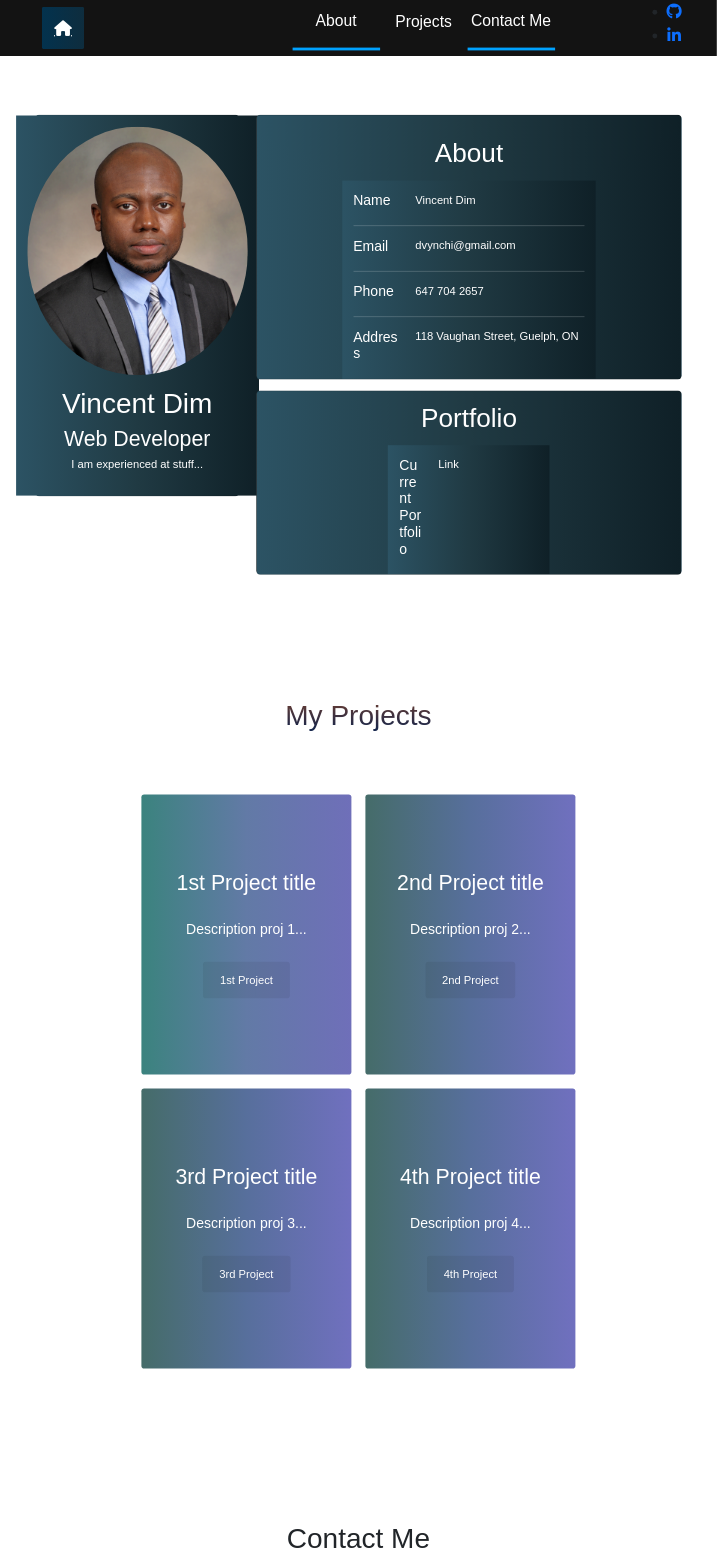
Repository: dvynchi/profile-2022
Page: index.html
These files come from the project's save history. The page is drawn as it stood at one moment and after the next save; the edit follows.
The browser window is 1024 px wide. The pictures show the part of the page from y = 0 to 2240 px (the page is 2757 px tall before and 2637 px after), at 70% of full size.
Some web libraries are served in a nearby version.

Above is the page before, as saved 2022-08-18 12:42:19.

After the next save:
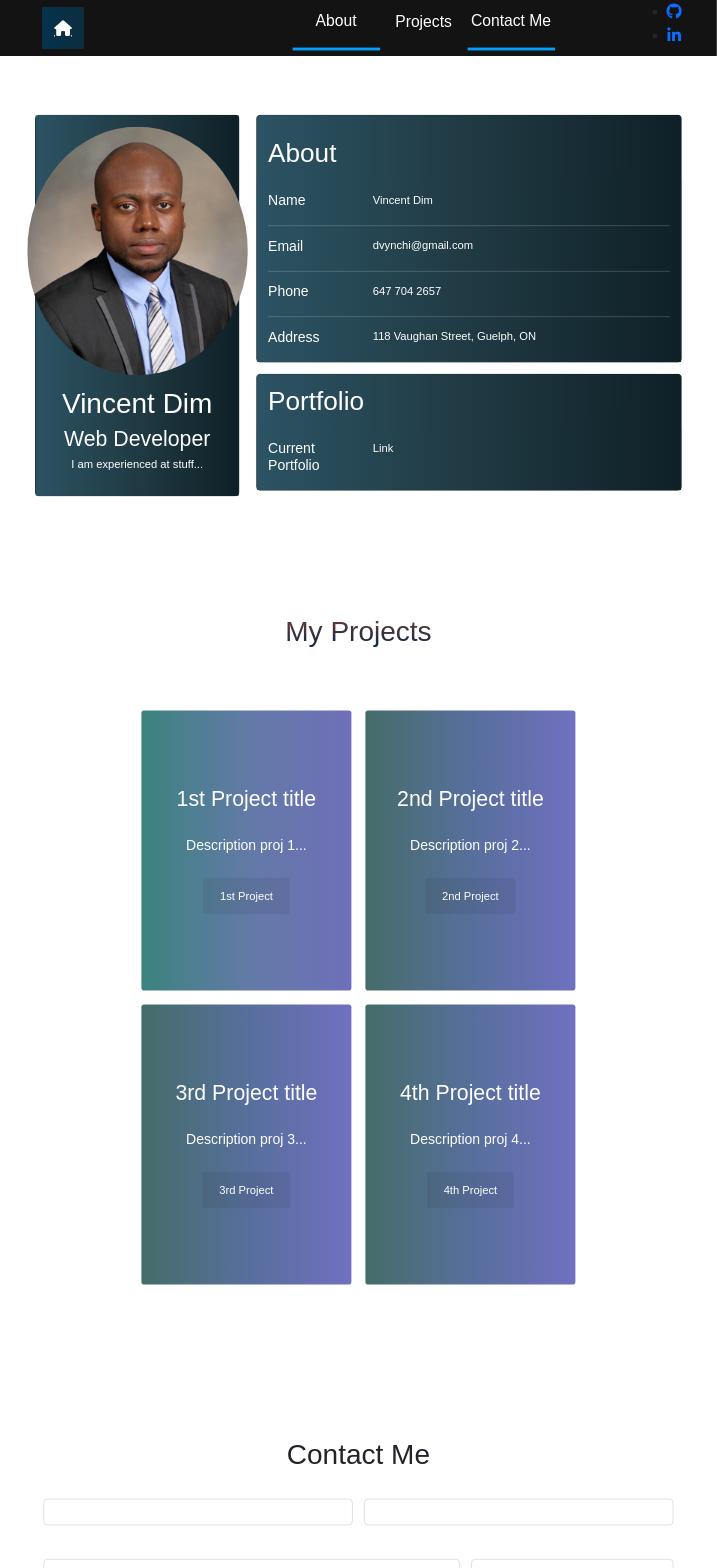
Saved 92 s later.
--- a/styles.css
+++ b/styles.css
@@ -282,7 +282,7 @@
         margin-top: 1.5rem;
     }
 
-    .card {
+    .card-body {
         display: grid;
         grid-template-columns: 1fr;
         align-items: center;

After the save that followed:
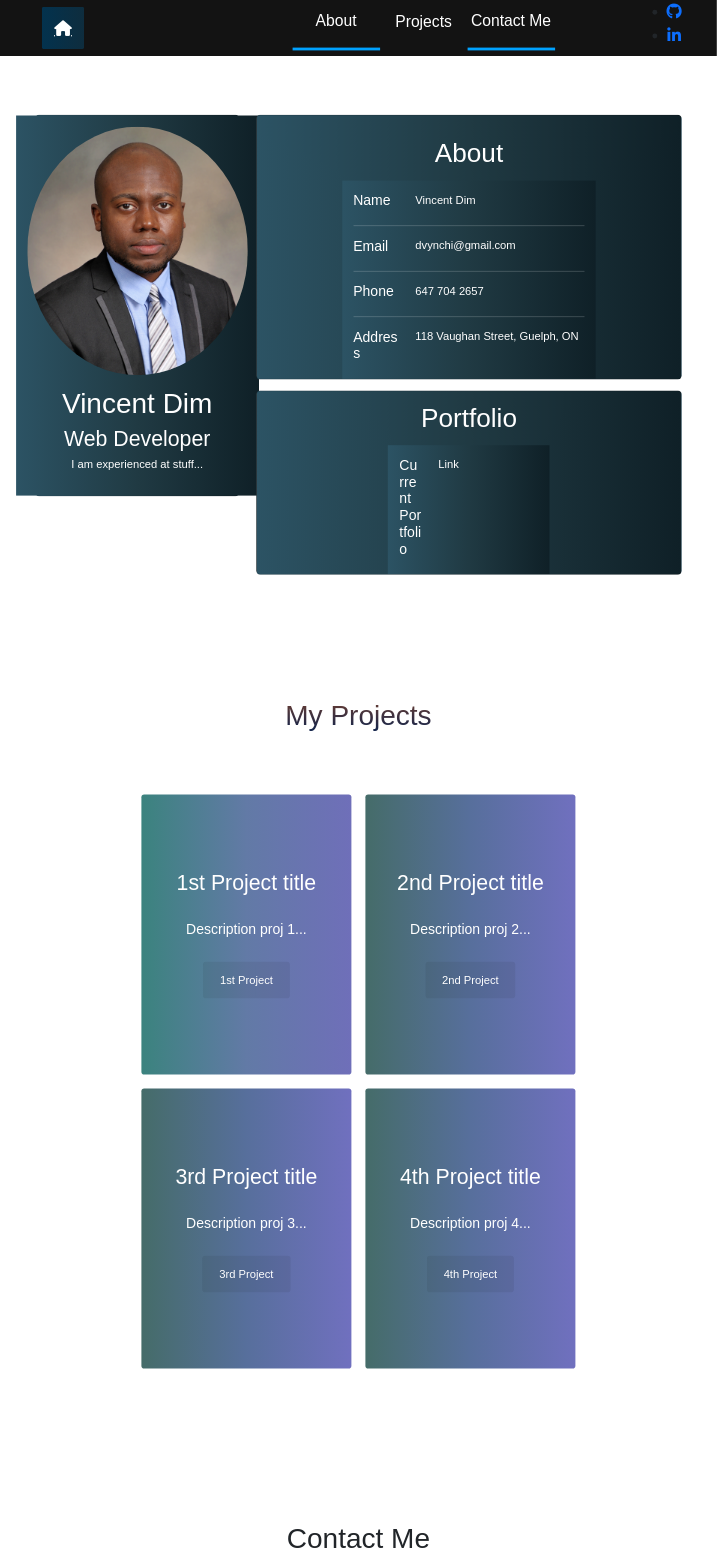
Saved 16 s later.
--- a/styles.css
+++ b/styles.css
@@ -282,7 +282,7 @@
         margin-top: 1.5rem;
     }
 
-    .card-body {
+    .card {
         display: grid;
         grid-template-columns: 1fr;
         align-items: center;
